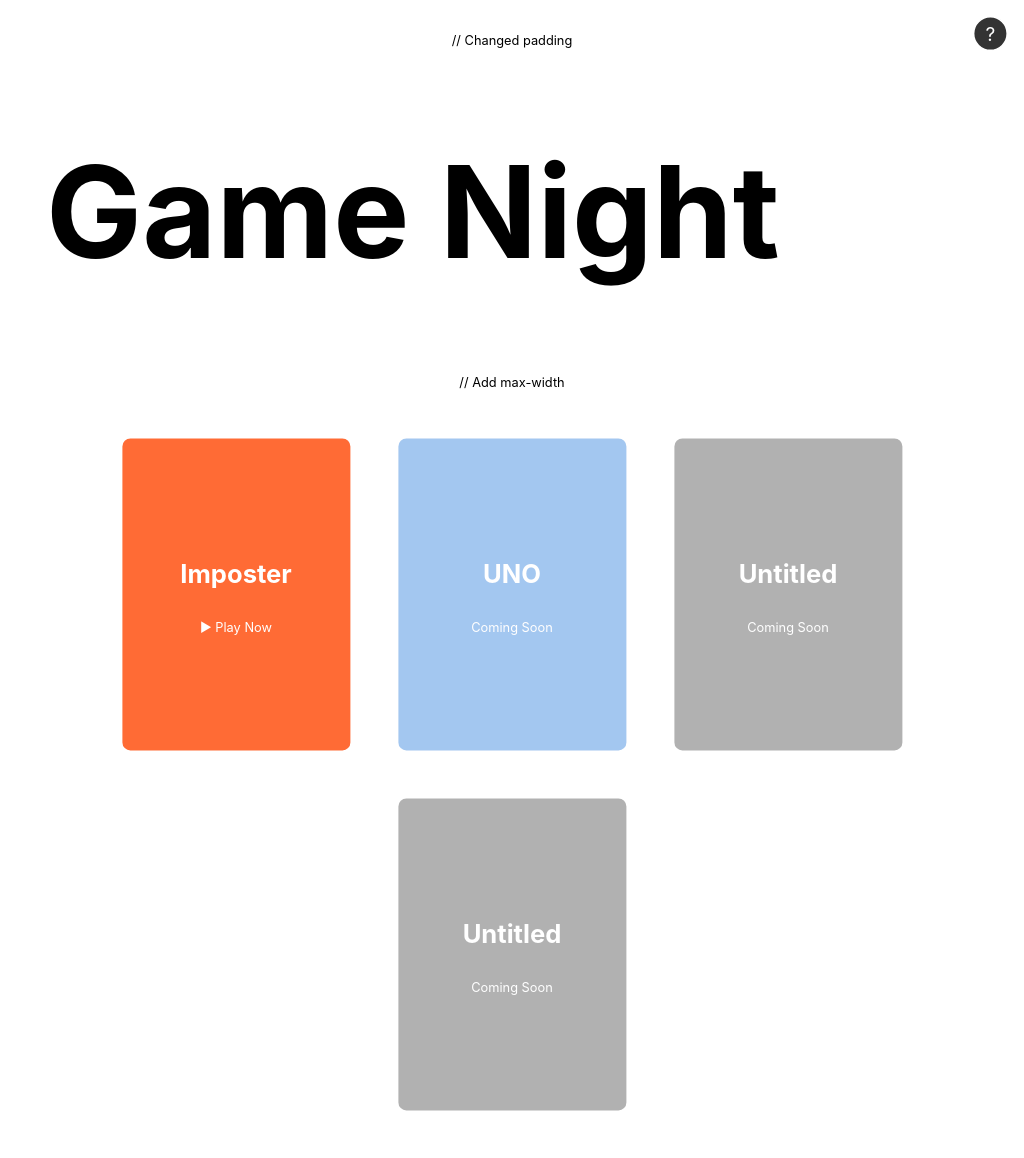
Repository: nfemmanuel/game-night-app
Page: /
The author's editor kept a copy of each file at every save. The page is drawn from the files as they stood at one save, then again after a run of saves.
The browser window is 1280 px wide. The pictures show the whole page, at 80% of full size.
The project was rebuilt for these pictures with package versions that can differ from the ones it lists, and the page was loaded fresh each time. Also part of the build but not shown: src/styles/global.css, src/components/BackButton.jsx, src/pages/ImposterSetup.jsx, src/data/wordList.js, src/pages/ImposterReveal.jsx, src/pages/ImposterVoting.jsx.

Above is the page before, as saved 2025-12-31 18:08:09.

### public/index.html
<!DOCTYPE html>
<html lang="en">
  <head>
    <meta charset="utf-8" />
    <link rel="icon" href="%PUBLIC_URL%/favicon.ico" />
    <link rel="preconnect" href="https://fonts.googleapis.com">
    <link rel="preconnect" href="https://fonts.gstatic.com" crossorigin>
    <link href="https://fonts.googleapis.com/css2?family=Montserrat:wght@400;600;700&display=swap" rel="stylesheet">
    <meta name="viewport" content="width=device-width, initial-scale=1" />
    <meta name="theme-color" content="#000000" />
    <meta
      name="description"
      content="Web site created using create-react-app"
    />
    <link rel="apple-touch-icon" href="%PUBLIC_URL%/logo192.png" />
    <!--
      manifest.json provides metadata used when your web app is installed on a
      user's mobile device or desktop. See https://developers.google.com/web/fundamentals/web-app-manifest/
    -->
    <link rel="manifest" href="%PUBLIC_URL%/manifest.json" />
    <!--
      Notice the use of %PUBLIC_URL% in the tags above.
      It will be replaced with the URL of the `public` folder during the build.
      Only files inside the `public` folder can be referenced from the HTML.

      Unlike "/favicon.ico" or "favicon.ico", "%PUBLIC_URL%/favicon.ico" will
      work correctly both with client-side routing and a non-root public URL.
      Learn how to configure a non-root public URL by running `npm run build`.
    -->
    <title>React App</title>
  </head>
  <body>
    <noscript>You need to enable JavaScript to run this app.</noscript>
    <div id="root"></div>
    <!--
      This HTML file is a template.
      If you open it directly in the browser, you will see an empty page.

      You can add webfonts, meta tags, or analytics to this file.
      The build step will place the bundled scripts into the <body> tag.

      To begin the development, run `npm start` or `yarn start`.
      To create a production bundle, use `npm run build` or `yarn build`.
    -->
  </body>
</html>

### src/App.js
import { BrowserRouter, Routes, Route } from 'react-router-dom';
import './styles/global.css';
import LandingPage from './pages/LandingPage';
import ImposterSetup from './pages/ImposterSetup';
import ImposterReveal from './pages/ImposterReveal';
import ImposterVoting from './pages/ImposterVoting';

function App() {
  return (
    <BrowserRouter>
      <Routes>
        <Route path="/" element={<LandingPage />} />
        <Route path="/imposter-setup" element={<ImposterSetup />} />
        <Route path="/imposter-reveal" element={<ImposterReveal />} />
        <Route path="/imposter-voting" element={<ImposterVoting />} />
      </Routes>
    </BrowserRouter>
  );
}

export default App;

### src/pages/LandingPage.jsx
import { useNavigate } from 'react-router-dom';
import GameCard from '../components/GameCard';
import HelpButton from '../components/HelpButton';

function LandingPage() {
    const navigate = useNavigate();

    const handleClick = (gameName, route) => {
        if (route) {
            navigate(route);
        }
    };

    return (
        <div style={{ padding: '40px 20px', textAlign: 'center' }}>  // Changed padding
            <HelpButton />
            <h1 style={{ fontSize: '10rem', maxWidth: '80%' }}>Game Night</h1>  // Add max-width

            <div style={{
                display: 'flex',
                gap: '20px',
                justifyContent: 'center',
                marginTop: '40px',
                flexWrap: 'wrap',
                padding: '0 10px'  // Add padding on sides for mobile
            }}>
                <GameCard
                    name="Imposter"
                    available={true}
                    color="orange"
                    onClick={() => handleClick("Imposter", "/imposter-setup")}
                />
                <GameCard
                    name="UNO"
                    available={false}
                    color="blue"
                    onClick={() => handleClick("UNO", "/uno-setup")}
                />
                <GameCard
                    name="Untitled"
                    available={false}
                    onClick={() => { }}
                />
                <GameCard
                    name="Untitled"
                    available={false}
                    onClick={() => { }}
                />
            </div>
        </div>
    );
}

export default LandingPage;

### src/components/GameCard.jsx
import styles from './GameCard.module.css';

function GameCard({ name, available, onClick, color }) {  // Add color here
    // Combine card + available/disabled classes + color
    const cardClasses = `${styles.card} ${available ? styles.available : styles.disabled} ${color ? styles[color] : ''}`;

    return (
        <div
            className={cardClasses}
            onClick={available ? onClick : null}
        >
            <h1>{name}</h1>
            <p>{available ? '▶ Play Now' : 'Coming Soon'}</p>
        </div>
    );
}

export default GameCard;

### src/components/HelpButton.jsx
import { useState } from 'react';

function HelpButton() {
    const [showHelp, setShowHelp] = useState(false);

    return (
        <div
            style={{
                position: 'fixed',
                top: '20px',
                right: '20px',
                zIndex: 1000
            }}
            onMouseEnter={() => setShowHelp(true)}
            onMouseLeave={() => setShowHelp(false)}
        >
            <div
                style={{
                    width: '40px',
                    height: '40px',
                    borderRadius: '50%',
                    border: '2px solid white',
                    color: 'white',
                    fontSize: '1.5rem',
                    display: 'flex',
                    alignItems: 'center',
                    justifyContent: 'center',
                    cursor: 'pointer',
                    backgroundColor: '#333'
                }}
            >
                ?
            </div>

            {showHelp && (
                <div
                    style={{
                        position: 'absolute',
                        top: '50px',
                        right: '0',
                        backgroundColor: '#222',
                        border: '2px solid white',
                        borderRadius: '10px',
                        padding: '20px',
                        width: '300px',
                        textAlign: 'left',
                        fontSize: '0.9rem',
                        lineHeight: '1.5'
                    }}
                >
                    <h3 style={{ marginTop: 0, marginBottom: '10px', fontSize: '1.1rem' }}>
                        How to Play Imposter
                    </h3>
                    <ol style={{ paddingLeft: '20px', margin: 0 }}>
                        <li>Add 3+ player names</li>
                        <li>One random player is secretly the imposter</li>
                        <li>Everyone else sees the same secret word</li>
                        <li>Pass the phone around - each player holds the card to see their word</li>
                        <li>The imposter sees "You're the imposter. Shh!"</li>
                        <li>After everyone has seen their card, discuss and guess who the imposter is</li>
                        <li>Vote for the imposter or skip to reveal</li>
                    </ol>
                </div>
            )}
        </div>
    );
}

export default HelpButton;

### src/components/GameCard.module.css
.card {
    width: 225px;
    height: 330px;
    padding: 30px;
    margin: 10px;
    border-radius: 20px;
    border: 10px solid white;
    text-align: center;
    transition: all 0.3s ease;
    display: flex;
    flex-direction: column;
    justify-content: center;
}

.available {
    color: white;
    cursor: pointer;
}

.available:hover {
    transform: scale(1.05);
}

.disabled {
    background-color: #666;
    color: white;
    cursor: not-allowed;
    opacity: 0.5;
}

.orange {
    background-color: #FF6B35;
}

.orange:hover {
    box-shadow: 0 0 20px rgba(255, 107, 53, 0.6);
}

.blue {
    background-color: #4A90E2;
}

.blue:hover {
    box-shadow: 0 0 20px rgba(74, 144, 226, 0.6);
}

/* Mobile: smaller cards */
@media (max-width: 768px) {
    .card {
        width: 160px;
        height: 240px;
        padding: 20px;
        margin: 8px;
        border: 6px solid white;
    }
}

@media (max-width: 480px) {
    .card {
        width: 140px;
        height: 210px;
        padding: 15px;
        margin: 5px;
        border: 5px solid white;
    }

    .card h1 {
        font-size: 1.3rem;
    }

    .card p {
        font-size: 0.9rem;
    }
}

Loaded but not shown: src/index.js (common file); src/index.css (common file); src/reportWebVitals.js (common file)

After the next 3 saves:
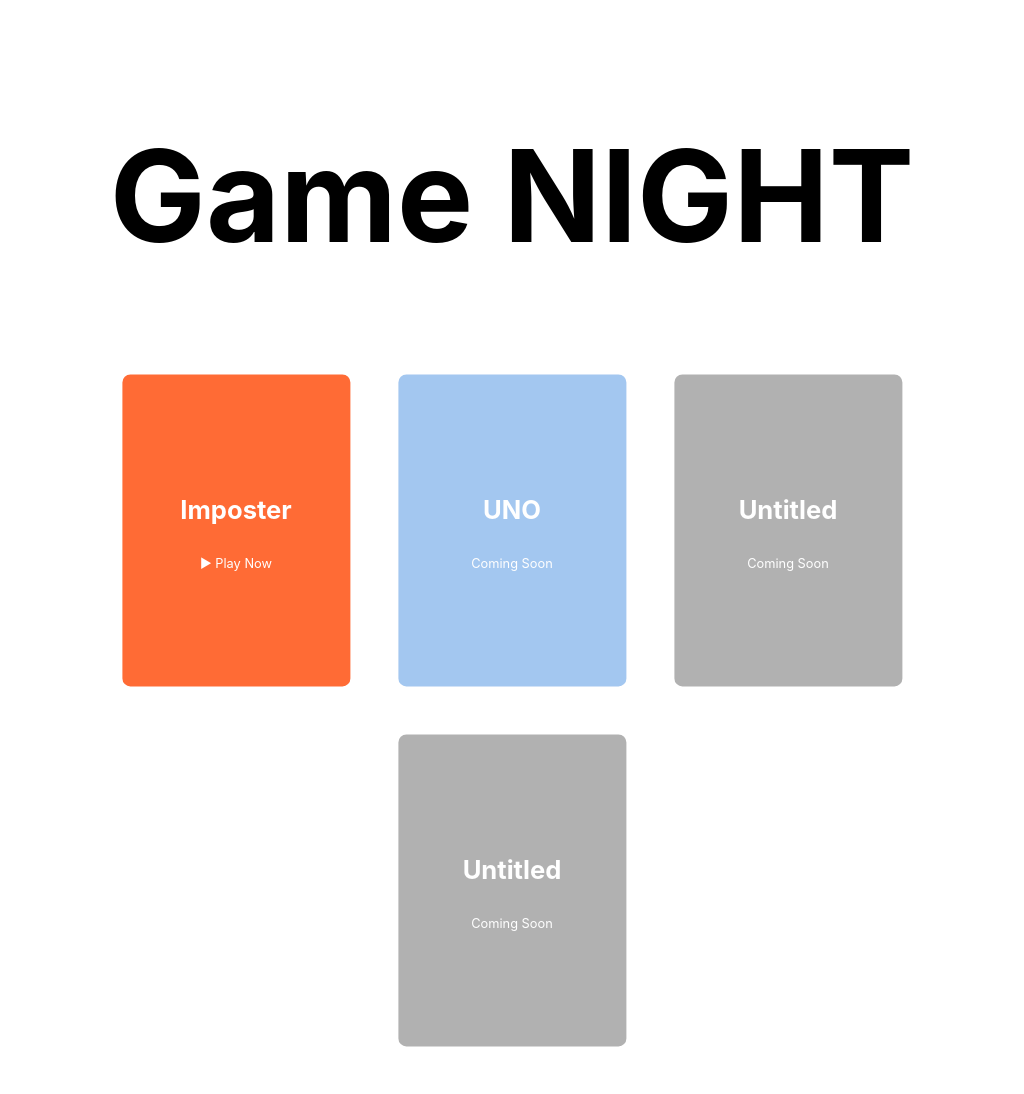
The 3 saves are shown as one change because they came seconds apart.
The last was saved 23 s later.
--- a/src/pages/LandingPage.jsx
+++ b/src/pages/LandingPage.jsx
@@ -12,17 +12,15 @@ function LandingPage() {
     };
 
     return (
-        <div style={{ padding: '40px 20px', textAlign: 'center' }}>  // Changed padding
-            <HelpButton />
-            <h1 style={{ fontSize: '10rem', maxWidth: '80%' }}>Game Night</h1>  // Add max-width
+        <div style={{ padding: '40px', textAlign: 'center' }}>
+            <h1 style={{ fontSize: '10rem' }}>Game NIGHT</h1>
 
             <div style={{
                 display: 'flex',
                 gap: '20px',
                 justifyContent: 'center',
                 marginTop: '40px',
-                flexWrap: 'wrap',
-                padding: '0 10px'  // Add padding on sides for mobile
+                flexWrap: 'wrap'
             }}>
                 <GameCard
                     name="Imposter"
